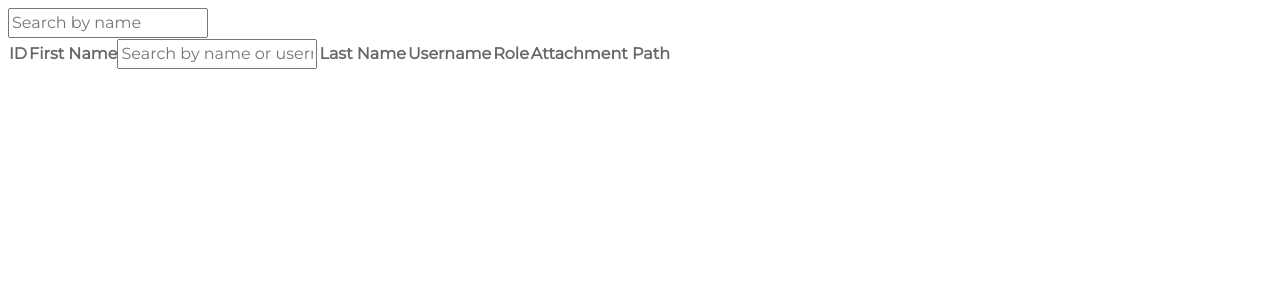
Repository: Arouja/frontgym
Page: /users
The author's editor kept a copy of each file at every save. The page is drawn from the files as they stood at one save, then again after the next save.
The browser window is 1280 px wide. The pictures show the whole page.
The page's requests for data from a server got no answer. Some web libraries are served in a nearby version. The project was rebuilt for these pictures with package versions that can differ from the ones it lists, and the page was loaded fresh each time. No one was signed in, and anything a server would have sent is missing. Also part of the build but not shown: src/App.css, src/actions/authActions.js, src/Components/navbar/CustomNavbar.jsx, src/Components/footer/footer.jsx, src/Components/about/About.jsx, src/Components/classes/Classes.jsx, src/Components/home/Home.jsx, src/Components/feature/Feature.jsx and 10 more.

Above is the page before, as saved 2023-10-11 00:37:30.

### public/index.html
<!DOCTYPE html>
<html lang="en">
  <head>
    <meta charset="utf-8" />
    <link rel="icon" href="%PUBLIC_URL%/favicon.ico" />
    <meta name="viewport" content="width=device-width, initial-scale=1" />
    <meta name="theme-color" content="#000000" />
    <meta
      name="description"
      content="Web site created using create-react-app"
    />
    <link href="https://cdn.jsdelivr.net/npm/bootstrap@5.0.2/dist/css/bootstrap.min.css" rel="stylesheet">
    <link href="https://cdnjs.cloudflare.com/ajax/libs/font-awesome/5.13.0/css/all.min.css" rel="stylesheet">
    <link rel="apple-touch-icon" href="%PUBLIC_URL%/logo192.png" />
    <!--
      manifest.json provides metadata used when your web app is installed on a
      user's mobile device or desktop. See https://developers.google.com/web/fundamentals/web-app-manifest/
    -->
    <link rel="manifest" href="%PUBLIC_URL%/manifest.json" />
    <!--
      Notice the use of %PUBLIC_URL% in the tags above.
      It will be replaced with the URL of the `public` folder during the build.
      Only files inside the `public` folder can be referenced from the HTML.

      Unlike "/favicon.ico" or "favicon.ico", "%PUBLIC_URL%/favicon.ico" will
      work correctly both with client-side routing and a non-root public URL.
      Learn how to configure a non-root public URL by running `npm run build`.
    -->
    <title>React App</title>

     <!-- Favicon -->
     <link href="img/favicon.ico" rel="icon">

     <!-- Font Awesome -->
     <link href="https://cdnjs.cloudflare.com/ajax/libs/font-awesome/5.10.0/css/all.min.css" rel="stylesheet">

     <!-- Flaticon Font -->
     <link href="lib/flaticon/font/flaticon.css" rel="stylesheet">

     <!-- Customized Bootstrap Stylesheet -->
     <link href="css/style.min.css" rel="stylesheet">






  </head>


  <body>
    <noscript>You need to enable JavaScript to run this app.</noscript>
    <div id="root"></div>
    <!--
      This HTML file is a template.
      If you open it directly in the browser, you will see an empty page.

      You can add webfonts, meta tags, or analytics to this file.
      The build step will place the bundled scripts into the <body> tag.

      To begin the development, run `npm start` or `yarn start`.
      To create a production bundle, use `npm run build` or `yarn build`.
    -->

    <!-- JavaScript Libraries -->
    <script src="https://code.jquery.com/jquery-3.4.1.min.js"></script>
    <script src="https://stackpath.bootstrapcdn.com/bootstrap/4.4.1/js/bootstrap.bundle.min.js"></script>
    <script src="lib/easing/easing.min.js"></script>
    <script src="lib/waypoints/waypoints.min.js"></script>

    <!-- Contact Javascript File -->
    <script src="mail/jqBootstrapValidation.min.js"></script>
    <script src="mail/contact.js"></script>

    <!-- Template Javascript -->
    <script src="js/main.js"></script>
    <script src="https://cdn.jsdelivr.net/npm/@popperjs/core@2.9.2/dist/umd/popper.min.js"></script>
    <script src="https://cdn.jsdelivr.net/npm/bootstrap@5.0.2/dist/js/bootstrap.min.js"></script>
    <script src="https://cdn.jsdelivr.net/npm/bootstrap@5.0.2/dist/js/bootstrap.bundle.min.js"></script>
    <script src="https://use.fontawesome.com/f59bcd8580.js"></script>
    <script src="https://cdn.jsdelivr.net/npm/@popperjs/core@2.9.2/dist/umd/popper.min.js"></script>
    <script src="https://cdn.jsdelivr.net/npm/bootstrap@5.0.2/dist/js/bootstrap.min.js"></script>
    <script src="https://cdn.jsdelivr.net/npm/bootstrap@5.0.2/dist/js/bootstrap.bundle.min.js"></script>

  </body>


</html>

### src/index.js
import React from 'react';
import ReactDOM from 'react-dom';
import { Provider } from 'react-redux';
import store from './store';
import App from './App';

ReactDOM.render(
  <Provider store={store}>
    <App />
  </Provider>,
  document.getElementById('root')
);

### src/store.js
import { createStore, applyMiddleware, combineReducers } from 'redux';
import thunk from 'redux-thunk';
import authReducer from './reducers/authReducer';

const rootReducer = combineReducers({
  auth: authReducer,
});

const store = createStore(rootReducer, applyMiddleware(thunk));

export default store;

### src/App.js
// import logo from './logo.svg';
import './App.css';
import { BrowserRouter, Routes, Route } from 'react-router-dom'; // Import BrowserRouter and Route directly

import About from './Components/about/About';
import Classes from './Components/classes/Classes';
import Home from './Components/home/Home';
import Feature from './Components/feature/Feature';
import Contact from './Components/contact/Contact';
import Login from './Components/login/Login';
import Profile from './Components/profile/profile';
import Signup from './Components/signup/Signup';
import Listcustomer from './Components/customer/Listcustomer';
import Activation from './Components/activation/Activation';
import Bmi from './Components/metrics/bmi';
import Orm from './Components/metrics/orm';
import Lbm from './Components/metrics/lbm';
import Users from './users/users';

function App() {
  return (
    <BrowserRouter> {/* Use BrowserRouter here */}
      {/* <CustomNavbar /> */}
      <Routes>
      <Route path="/" element={<Home />} />
        <Route path="/about" element={<About />} /> {/* Use Route inside Routes */}
        <Route path="/classes" element={<Classes />} />
        <Route path="/feature" element={<Feature />} />
        <Route path="/contact" element={<Contact />} />
        <Route path="/login" element={<Login />} />
        <Route path="/profile" element={<Profile />} />
        <Route path="/signup" element={<Signup />} />
        <Route path="/customer" element={<Listcustomer />} />
        <Route path="/bmi" element={<Bmi />} />
        <Route path="/orm" element={<Orm />} />
        <Route path="/lbm" element={<Lbm />} />
        <Route path="/users" element={<Users />} />
        <Route path="/activate/activate?token=:token" element={<Activation />} /> {/* Add the Activation route */}


        {/* <Route path="/home" element={<Home />} /> Use Route inside Routes */}

      </Routes>
      {/* <Footer /> */}
    </BrowserRouter>
  );
}

export default App;

### src/reducers/authReducer.js
import { LOGIN_SUCCESS, LOGOUT_SUCCESS, REGISTER_SUCCESS } from '../actions/types';

const initialState = {
  token: localStorage.getItem('token'),
};

const authReducer = (state = initialState, action) => {
  switch (action.type) {
    case LOGIN_SUCCESS:
    case REGISTER_SUCCESS:
      localStorage.setItem('token', action.payload);
      return {
        ...state,
        token: action.payload,
      };
    case LOGOUT_SUCCESS:
      localStorage.removeItem('token');
      return {
        ...state,
        token: null,
      };
    default:
      return state;
  }
};

export default authReducer;

### src/users/users.js
import React, { useState, useEffect } from 'react';

function Users() {
  const [users, setUsers] = useState([]);
  const [searchTerm, setSearchTerm] = useState('');

  useEffect(() => {
    fetch('http://localhost:8089/api/v1/users/all-users')
      .then(response => response.json())
      .then(data => setUsers(data))
      .catch(error => console.error('Error fetching data:', error));
  }, []);

  const filteredUsers = users.filter(user =>
    user.firstName.toLowerCase().includes(searchTerm.toLowerCase())
  );

  return (
    <div className="p-2">
      <input
        type="text"
        value={searchTerm}
        onChange={(e) => setSearchTerm(e.target.value)}
        placeholder="Search by name"
      />
      <table>
        <thead>
          <tr>
            <th>ID</th>
            <th>First Name
            <input
        type="text"
        value={searchTerm}
        onChange={(e) => setSearchTerm(e.target.value)}
        placeholder="Search by name or username"
      />
            </th>
            <th>Last Name</th>
            <th>Username</th>
            <th>Role</th>
            <th>Attachment Path</th>
          </tr>
        </thead>
        <tbody>
          {filteredUsers.map(user => (
            <tr key={user.id}>
              <td>{user.id}</td>
              <td>{user.firstName}</td>
              <td>{user.lastName}</td>
              <td>{user.username}</td>
              <td>{user.role}</td>
              <td>{user.attachmentPath}</td>
            </tr>
          ))}
        </tbody>
      </table>
    </div>
  );
}

export default Users;

### src/actions/types.js
export const LOGIN_SUCCESS = 'LOGIN_SUCCESS';
export const LOGOUT_SUCCESS = 'LOGOUT_SUCCESS';
export const REGISTER_SUCCESS = 'REGISTER_SUCCESS';

### public/mail/contact.js
$(function () {

    $("#contactForm input, #contactForm textarea").jqBootstrapValidation({
        preventSubmit: true,
        submitError: function ($form, event, errors) {
        },
        submitSuccess: function ($form, event) {
            event.preventDefault();
            var name = $("input#name").val();
            var email = $("input#email").val();
            var subject = $("input#subject").val();
            var message = $("textarea#message").val();

            $this = $("#sendMessageButton");
            $this.prop("disabled", true);

            $.ajax({
                url: "contact.php",
                type: "POST",
                data: {
                    name: name,
                    email: email,
                    subject: subject,
                    message: message
                },
                cache: false,
                success: function () {
                    $('#success').html("<div class='alert alert-success'>");
                    $('#success > .alert-success').html("<button type='button' class='close' data-dismiss='alert' aria-hidden='true'>&times;")
                            .append("</button>");
                    $('#success > .alert-success')
                            .append("<strong>Your message has been sent. </strong>");
                    $('#success > .alert-success')
                            .append('</div>');
                    $('#contactForm').trigger("reset");
                },
                error: function () {
                    $('#success').html("<div class='alert alert-danger'>");
                    $('#success > .alert-danger').html("<button type='button' class='close' data-dismiss='alert' aria-hidden='true'>&times;")
                            .append("</button>");
                    $('#success > .alert-danger').append($("<strong>").text("Sorry " + name + ", it seems that our mail server is not responding. Please try again later!"));
                    $('#success > .alert-danger').append('</div>');
                    $('#contactForm').trigger("reset");
                },
                complete: function () {
                    setTimeout(function () {
                        $this.prop("disabled", false);
                    }, 1000);
                }
            });
        },
        filter: function () {
            return $(this).is(":visible");
        },
    });

    $("a[data-toggle=\"tab\"]").click(function (e) {
        e.preventDefault();
        $(this).tab("show");
    });
});

$('#name').focus(function () {
    $('#success').html('');
});

### public/js/main.js
(function ($) {
    "use strict";

    // Dropdown on mouse hover
    $(document).ready(function () {
        function toggleNavbarMethod() {
            if ($(window).width() > 992) {
                $('.navbar .dropdown').on('mouseover', function () {
                    $('.dropdown-toggle', this).trigger('click');
                }).on('mouseout', function () {
                    $('.dropdown-toggle', this).trigger('click').blur();
                });
            } else {
                $('.navbar .dropdown').off('mouseover').off('mouseout');
            }
        }
        toggleNavbarMethod();
        $(window).resize(toggleNavbarMethod);
    });


    // Back to top button
    $(window).scroll(function () {
        if ($(this).scrollTop() > 100) {
            $('.back-to-top').fadeIn('slow');
        } else {
            $('.back-to-top').fadeOut('slow');
        }
    });
    $('.back-to-top').click(function () {
        $('html, body').animate({scrollTop: 0}, 1500, 'easeInOutExpo');
        return false;
    });
})(jQuery);

Loaded but not shown: public/lib/flaticon/font/flaticon.css (common file); public/css/style.min.css (library); public/lib/easing/easing.min.js (common file); public/lib/waypoints/waypoints.min.js (library); public/mail/jqBootstrapValidation.min.js (library)

After the next save:
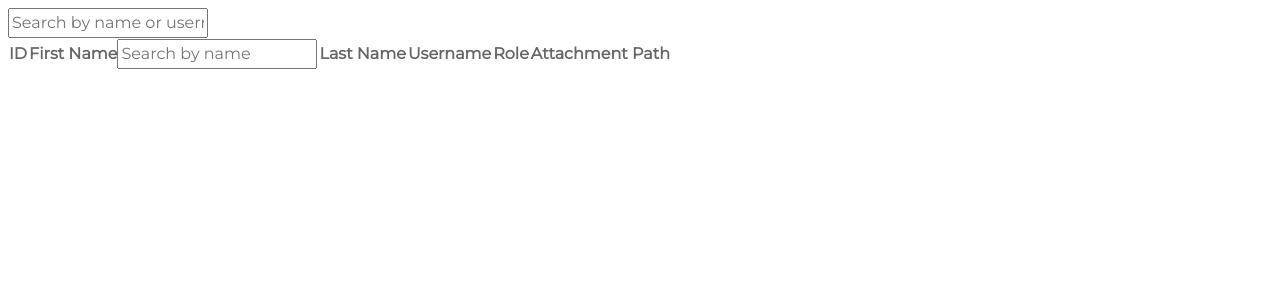
Saved 10 s later.
--- a/src/users/users.js
+++ b/src/users/users.js
@@ -21,7 +21,7 @@ function Users() {
         type="text"
         value={searchTerm}
         onChange={(e) => setSearchTerm(e.target.value)}
-        placeholder="Search by name"
+        placeholder="Search by name or username"
       />
       <table>
         <thead>
@@ -32,7 +32,7 @@ function Users() {
         type="text"
         value={searchTerm}
         onChange={(e) => setSearchTerm(e.target.value)}
-        placeholder="Search by name or username"
+        placeholder="Search by name"
       />
             </th>
             <th>Last Name</th>
